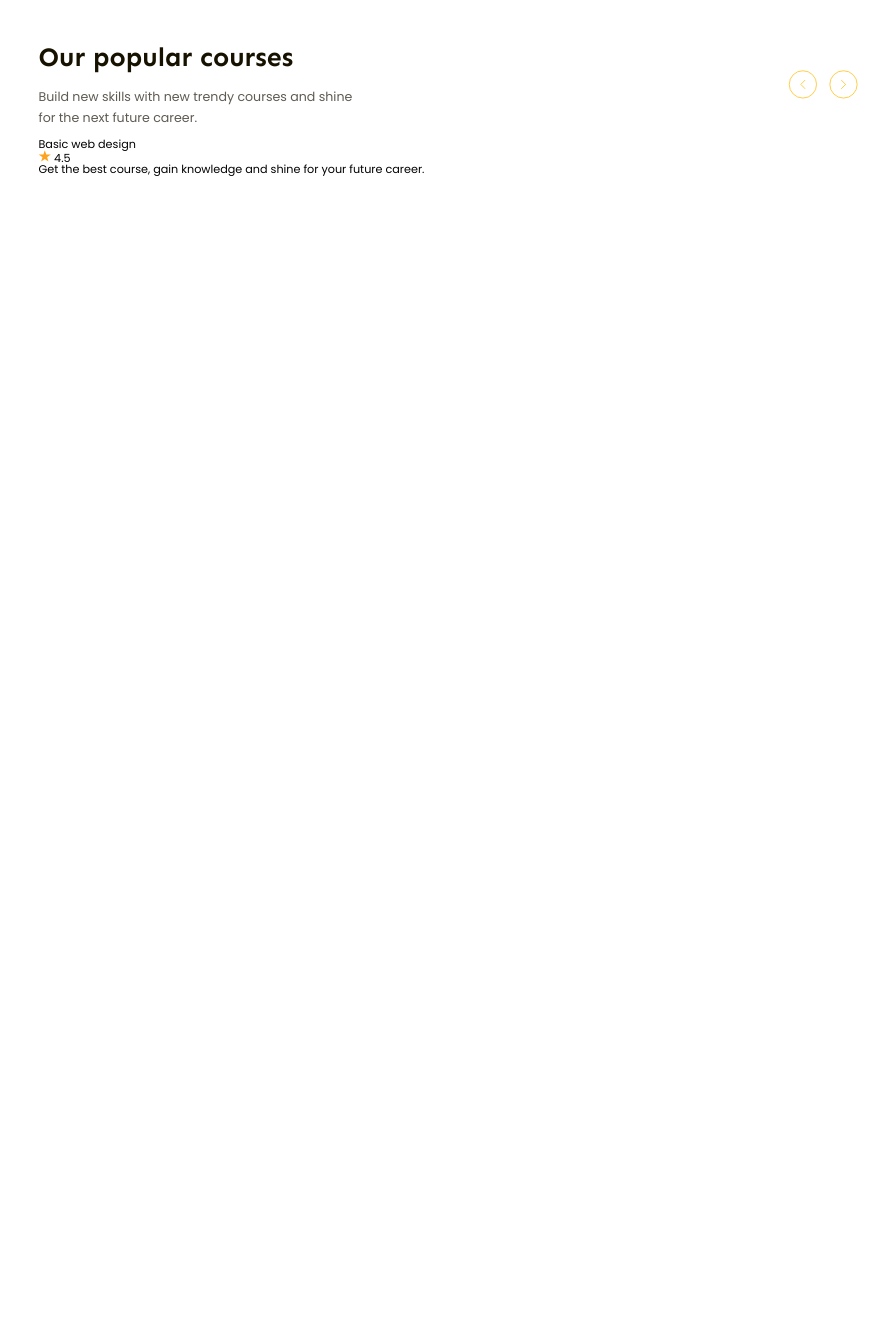
Repository: Tran-Dat/F8-Project-02
Page: index.html
The author's editor kept a copy of each file at every save. The page is drawn from the files as they stood at one save, then again after the next save.
The browser window is 1280 px wide. The pictures show the part of the page from y = 1042 to 2942 px (the page is 3000 px tall), at 70% of full size.
A picture or video elsewhere on the page could not be fetched, so the positions and the page height are approximate.

Above is the page before, as saved 2023-03-30 18:16:43.

After the next save:
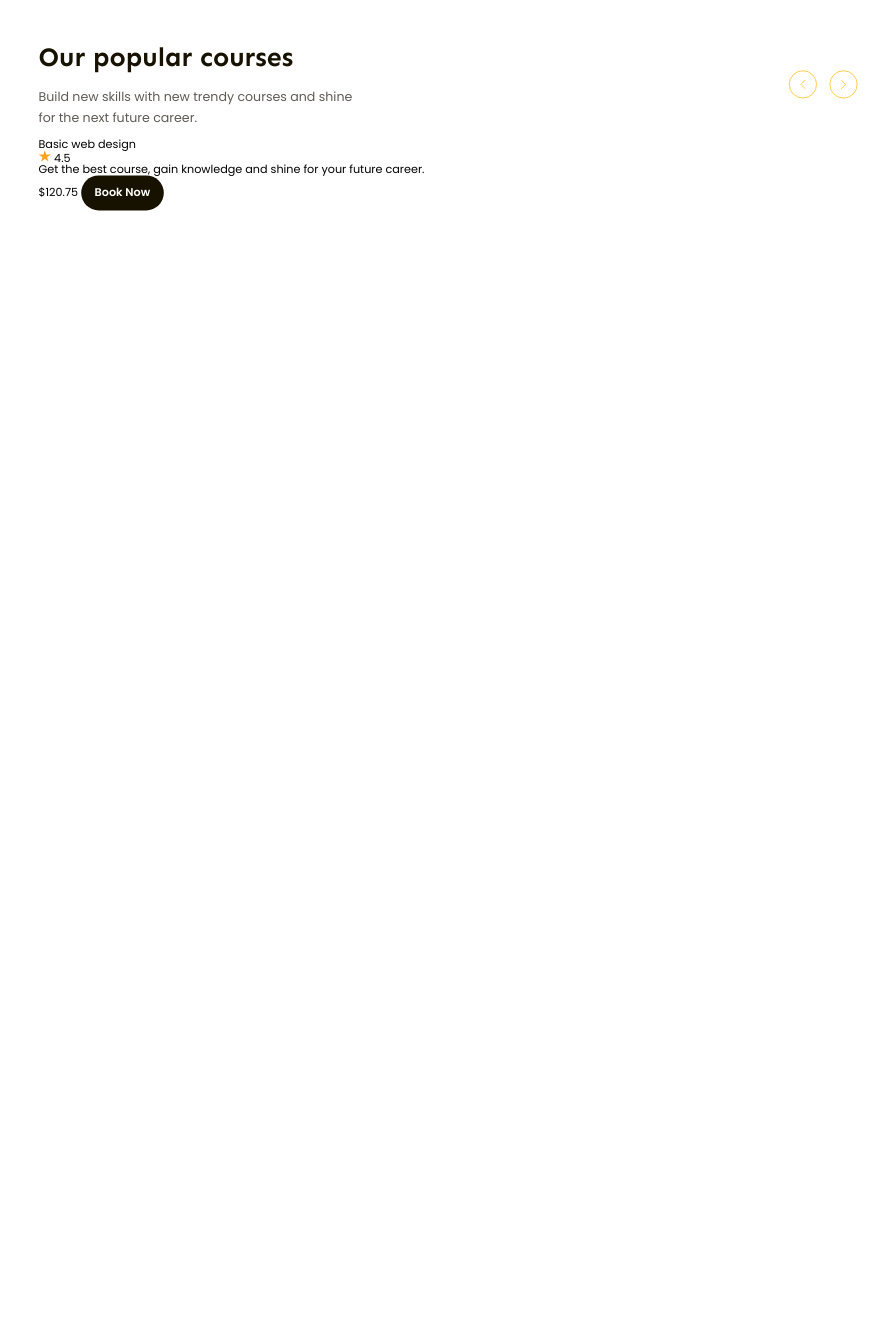
Saved 113 s later.
--- a/index.html
+++ b/index.html
@@ -200,6 +200,7 @@
                         <div class="course-item">
                             <img src="" alt="" class="thumb" />
                             <div class="info">
+                                <!-- head-info-course -->
                                 <div class="head">
                                     <h3 class="title">Basic web design</h3>
                                     <div class="rating">
@@ -212,10 +213,17 @@
                                     </div>
                                 </div>
 
+                                <!-- p-info-course -->
                                 <p class="desc">
                                     Get the best course, gain knowledge and
                                     shine for your future career.
                                 </p>
+
+                                <!-- foot-info-course -->
+                                <div class="foot">
+                                    <span class="price">$120.75</span>
+                                    <div class="btn">Book Now</div>
+                                </div>
                             </div>
                         </div>
                     </div>
